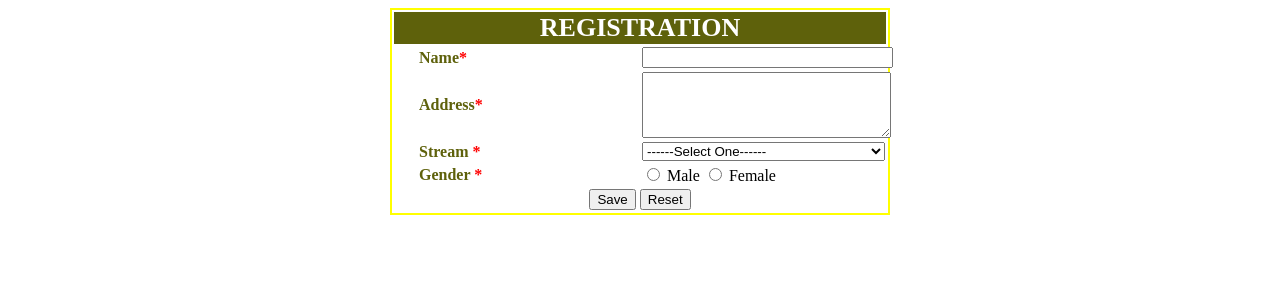
Repository: nsbgit/JavaTutorial
Page: http://localhost/Proj/
These files come from the project's save history. The page is drawn as it stood at one moment and after the next save; the edit follows.
The browser window is 1280 px wide. The pictures show the whole page.
The page is served by Tomcat 9.

Above is the page before, as saved 2013-09-29 08:41:51.

### Webel/IDE/2013-09-29/TheSukanta/Proj/WebContent/first.jsp
<%@ page language="java" contentType="text/html; charset=ISO-8859-1"
    pageEncoding="ISO-8859-1"%>
<!DOCTYPE html PUBLIC "-//W3C//DTD HTML 4.01 Transitional//EN" "http://www.w3.org/TR/html4/loose.dtd">
<html>
<head>
<meta http-equiv="Content-Type" content="text/html; charset=ISO-8859-1">
<title>Insert title here</title>
<style type="text/css">
	.hd {
		background-color: #5E610B;
		color: white;
		font-size:  26px;
		font-weight: bold;
	}
	.lbl {
		font-weight: bold; color: #5E610B; padding-left: 25px;
	}
	.tab {
		border: 2px solid yellow;
	}
	.odd {
		background-color: #BDBDBD;
	}
	.even {
		background-color: #A9BCF5;
	}
</style>
</head>
<body>
	<table width="500px" align="center" class="tab">
		<tr>
			<td align="center" colspan="2" class="hd"> REGISTRATION  </td>
		</tr>
		<tr>
			<td width="50%" class="lbl">Name<font color="red">*</font> </td>
			<td>
				<input type="text" name="sName" id="sName" style="width: 100%">
			</td>
		</tr>
		<tr>
			<td width="50%" class="lbl">Address<font color="red">*</font> </td>
			<td>
				<textarea rows="4" cols="20" name="add" id="add"  style="width: 100%"></textarea>
			</td>
		</tr>
		<tr>
			<td width="50%" class="lbl">Stream <font color="red">*</font> </td>
			<td>
				<select name="stream" id="stream"  style="width: 100%">
					<option value="">------Select One------</option>
					<option value="cse">Computer Science</option>
					<option value="It">Information Technology</option>
					<option value="mca">MCA</option>
				</select>
			</td>
		</tr>
		<tr>
			<td width="50%" class="lbl">Gender <font color="red">*</font> </td>
			<td>
				<input type="radio" name="gen" value="m"> Male
				<input type="radio" name="gen" value="f"> Female
			</td>
		</tr>
		<tr>
			<td colspan="2" align="center">
				<input type="submit" value="Save">
				<input type="reset" value="Reset">
			</td>
		</tr>
	</table>
</body>
</html>

After the next save:
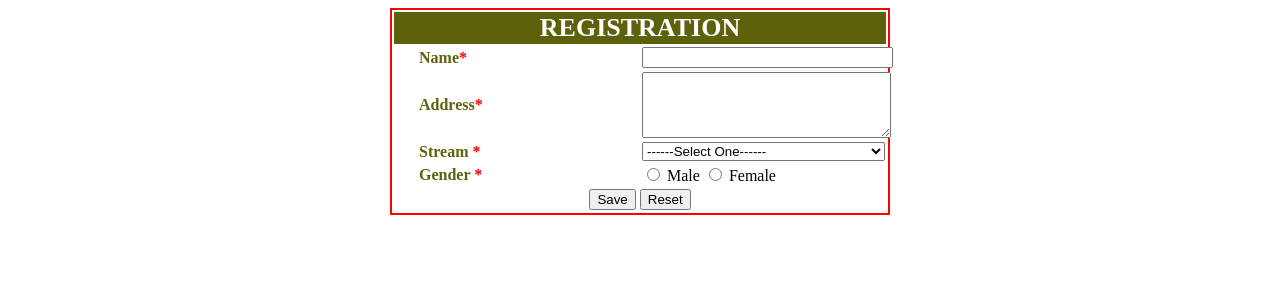
Saved 31 s later.
--- a/Webel/IDE/2013-09-29/TheSukanta/Proj/WebContent/first.jsp
+++ b/Webel/IDE/2013-09-29/TheSukanta/Proj/WebContent/first.jsp
@@ -16,7 +16,7 @@
 		font-weight: bold; color: #5E610B; padding-left: 25px;
 	}
 	.tab {
-		border: 2px solid yellow;
+		border: 2px solid red;
 	}
 	.odd {
 		background-color: #BDBDBD;
